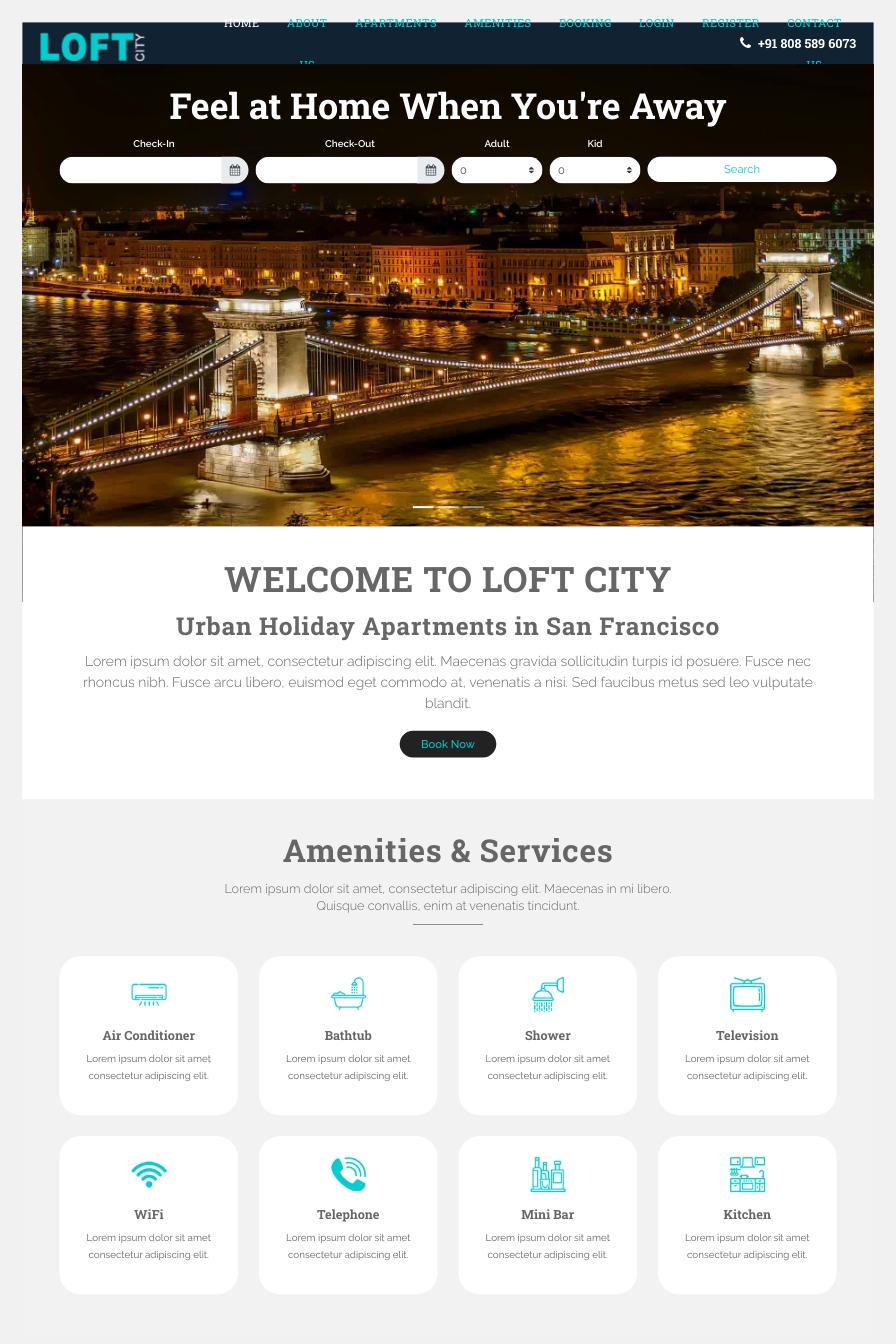
Repository: harshrathore123/ReactPractice
Page: / (app in RevFullStack/frontend/)
The author's editor kept a copy of each file at every save. The page is drawn from the files as they stood at one save, then again after the next save.
The browser window is 1280 px wide. The pictures show the part of the page from y = 0 to 1920 px (the page is 6083 px tall), at 70% of full size.
The project was rebuilt for these pictures with package versions that can differ from the ones it lists, and the page was loaded fresh each time. Also part of the build but not shown: RevFullStack/frontend/vite.config.js, RevFullStack/frontend/src/component/SearchBar.jsx, RevFullStack/frontend/src/page/Aboutus.jsx, RevFullStack/frontend/src/page/Apartment.jsx, RevFullStack/frontend/src/page/Aminities.jsx, RevFullStack/frontend/src/page/Bookings.jsx, RevFullStack/frontend/src/page/Contact.jsx, RevFullStack/frontend/src/page/Login.jsx and 1 more.

Above is the page before, as saved 2025-10-18 22:42:59.

### RevFullStack/frontend/index.html
<!doctype html>
<html lang="en">
  <head>
    <meta charset="UTF-8" />
    <link rel="icon" type="image/svg+xml" href="/vite.svg" />
    <meta name="viewport" content="width=device-width, initial-scale=1.0" />
    <title>frontend</title>
            <!-- Favicons -->
        <link href="img/favicon.ico" rel="icon">
        <link href="img/apple-favicon.png" rel="apple-touch-icon">
<link href="https://fonts.googleapis.com/css2?family=Roboto:wght@400;700&display=swap" rel="stylesheet">
    <link rel="stylesheet" href="https://cdnjs.cloudflare.com/ajax/libs/font-awesome/6.0.0-beta3/css/all.min.css">
        <!-- Google Fonts -->
        <link href="https://fonts.googleapis.com/css?family=Roboto+Slab:400,700|Raleway:100,200,300,400,500,600,700,800,900" rel="stylesheet">

        <!-- Vendor CSS File -->
        <link href="vendor/bootstrap/css/bootstrap.min.css" rel="stylesheet">
        <link href="vendor/font-awesome/css/font-awesome.min.css" rel="stylesheet">
        <link href="vendor/slick/slick.css" rel="stylesheet">
        <link href="vendor/slick/slick-theme.css" rel="stylesheet">
        <link href="vendor/tempusdominus/css/tempusdominus-bootstrap-4.min.css" rel="stylesheet" />
  </head>
  <body>
    <div id="root"></div>
    <script type="module" src="/src/main.jsx"></script>
  </body>
</html>

### RevFullStack/frontend/src/main.jsx
import { StrictMode } from 'react'
import { createRoot } from 'react-dom/client'
import './index.css'
import {BrowserRouter} from 'react-router-dom';
import App from './App.jsx'

createRoot(document.getElementById('root')).render(
  <BrowserRouter>
    <App />
  </BrowserRouter>,
)

### RevFullStack/frontend/src/App.jsx
import './App.css'
import Home from './component/Home'
import Footer from './component/Footer'
import {Routes,Route} from 'react-router-dom';
import {ToastContainer} from 'react-toastify';
import Navbar from './component/Navbar';
import Aboutus from './page/Aboutus';
import Apartment from './page/Apartment';
import Aminities from './page/Aminities';
import Booking from './page/Bookings';
import Contact from './page/Contact';
import Login from './page/Login';
import Signup from './page/Signup';
function App(){
  return(
    <>
    <ToastContainer position="top-right" reverseOrder={false}/>
    <Navbar/>
    <Routes>
      <Route path='/' element={<Home/>}/>
      <Route path='/aboutus' element={<Aboutus/>}/>
      <Route path='/apartments' element={<Apartment/>}/>
      <Route path='/amenities' element={<Aminities/>}/>
      <Route path='/booking' element={<Booking/>}/>
      <Route path='/contact' element={<Contact/>}/>
      <Route path='/login' element={<Login/>}/>
      <Route path='/register' element={<Signup/>}/>
    </Routes>
    <Footer/>

    </>
  )
}

export default App

### RevFullStack/frontend/src/component/Home.jsx
import Animities from "./Aminities";
import Booking from "./Booking";
import CallUs from "./CallUs";
import Footer from "./Footer";
import Header from "./Header";
import Navbar from "./Navbar";
import Room from "./Room";
import Subscribe from "./Subscribe";
import Welcome from "./Welcome";
export default function Home(){
    return(
        <>
        <Header/>
        <Welcome/>
        <Animities/>
        <Room/>
        <Subscribe/>
        <Booking/>
        <CallUs/>
        </>
    )
}

### RevFullStack/frontend/src/component/Footer.jsx
import '../../public/css/style.css';
import '../../public/css/hover-style.css';
export default function Footer(){
    return(
        <>
                {/* <!-- Footer Section Start --> */}
        <div id="footer">
            <div className="container">
                <div className="row">
                    <div className="col-12">
                        <div className="social">
                            <a href=""><li className="fa fa-instagram"></li></a>
                            <a href=""><li className="fa fa-twitter"></li></a>
                            <a href=""><li className="fa fa-facebook-f"></li></a>
                        </div>
                    </div>
                    <div className="col-12">
                        <ul>
                            <li><a href="">Home</a></li>
                            <li><a href="">About</a></li>
                            <li><a href="">Terms</a></li>
                            <li><a href="">Contact</a></li>
                        </ul>
                    </div>
                    <div className="col-12">
                        <p>Copyright &#169; <a href="https://htmlcodex.com">HTML Codex</a> All Rights Reserved.</p>
						<p>Template By <a href="https://htmlcodex.com">HTML Codex</a></p>
                    </div>
                </div>
            </div>
        </div>
        {/* <!-- Footer Section End --> */}

        </>
    )
}

### RevFullStack/frontend/src/component/Navbar.jsx
import '../../public/css/style.css';
import '../../public/css/hover-style.css';
import { Link, Navigate } from 'react-router-dom';
import { NavLink } from 'react-router-dom';
import { useState } from 'react';
import './Navbar.css';
export default function Navbar() {
const [showMenu, setShowMenu] = useState(false);
    const activeStyle = {
        color:"white"
    }

      // Toggle menu (click or keyboard Enter/Space)
  const toggleMenu = (e) => {
    if (e.type === "keydown" && !(e.key === "Enter" || e.key === " ")) return;
    setShowMenu((s) => !s);
  };

  // Close mobile menu when a nav link is clicked (useful on mobile)
  const handleLinkClick = () => setShowMenu(false);
    return (
        <>
            {/* <!-- Header Section Start --> */}
            <header id="header">
                <NavLink to="/" className="logo">
                    <img src="img/logo.png" alt="logo" />
                </NavLink>

                <div className="phone">
                    <i className="fa fa-phone"></i>+91 808 589 6073
                </div>

                {/* Mobile menu button */}
      <button
        className="mobile-menu-btn"
        onClick={toggleMenu}
        onKeyDown={toggleMenu}
        aria-expanded={showMenu}
        aria-label={showMenu ? "Close menu" : "Open menu"}
      >
        {/* Font Awesome bars */}
        <i className="fa fa-bars" />
      </button>

                 <nav className={`main-menu top-menu ${showMenu ? "open" : ""}`}>
                    <ul>
                        <li><NavLink to="/" onClick={handleLinkClick} style={({isActive})=>(isActive?activeStyle:undefined)}>Home</NavLink></li>
          <li><NavLink to="/aboutus" onClick={handleLinkClick} style={({isActive})=>(isActive?activeStyle:undefined)}>About Us</NavLink></li>
          <li><NavLink to="/apartments" onClick={handleLinkClick} style={({isActive})=>(isActive?activeStyle:undefined)}>Apartments</NavLink></li>
          <li><NavLink to="/amenities" onClick={handleLinkClick} style={({isActive})=>(isActive?activeStyle:undefined)}>Amenities</NavLink></li>
          <li><NavLink to="/booking" onClick={handleLinkClick} style={({isActive})=>(isActive?activeStyle:undefined)}>Booking</NavLink></li>
          <li><NavLink to="/login" onClick={handleLinkClick} style={({isActive})=>(isActive?activeStyle:undefined)}>Login</NavLink></li>
          <li><NavLink to="/register" onClick={handleLinkClick} style={({isActive})=>(isActive?activeStyle:undefined)}>Register</NavLink></li>
          <li><NavLink to="/contact" onClick={handleLinkClick} style={({isActive})=>(isActive?activeStyle:undefined)}>Contact Us</NavLink></li>
                    </ul>
                </nav>
            </header>
        </>
    );
}

### RevFullStack/frontend/src/component/CallUs.jsx
import '../../public/css/style.css';
import '../../public/css/hover-style.css';
export default function CallUs(){
    return(
        <>
                {/* <!-- Call Section Start --> */}
        <div id="call-us">
            <div className="container">
                <div className="section-header">
                    <h2>Click Below to Call Us</h2>
                    <p>
                        Lorem ipsum dolor sit amet, consectetur adipiscing elit. Maecenas in mi libero. Quisque convallis, enim at venenatis tincidunt.
                    </p>
                </div>
                <div className="row">
                    <div className="col-12">
                        <a href="tel:+12345678900">+1 234 567 8900</a>
                    </div>
                </div>
            </div>
        </div>
        {/* <!-- Call Section End --> */}

        </>
    )
}

### RevFullStack/frontend/src/component/Subscribe.jsx
export default function Subscribe(){
    return(
        <>
                {/* <!-- Subscribe Section Start --> */}
        <div id="subscribe">
            <div className="container">
                <div className="section-header">
                    <h2>Subscribe for Special Offer</h2>
                    <p>
                        Lorem ipsum dolor sit amet, consectetur adipiscing elit. Maecenas in mi libero. Quisque convallis, enim at venenatis tincidunt.
                    </p>
                </div>
                <div className="row">
                    <div className="col-12">
                        <div className="subscribe-form">
                            <form>
                                <input type="email" required="required" placeholder="Enter your email here" />
                                <button>submit</button>
                            </form>
                        </div>
                    </div>
                </div>
            </div>
        </div>
        {/* <!-- Subscribe Section End --> */}

        </>
    )
}

### RevFullStack/frontend/src/component/Welcome.jsx
import '../../public/css/style.css';
import '../../public/css/hover-style.css';
export default function Welcome(){
    return(
        <>
                {/* <!-- Welcome Section Start --> */}
        <div id="welcome">
            <div className="container">
                <h3>Welcome to Loft City</h3>
                <h4>Urban Holiday Apartments in San Francisco</h4>
                <p>Lorem ipsum dolor sit amet, consectetur adipiscing elit. Maecenas gravida sollicitudin turpis id posuere. Fusce nec rhoncus nibh. Fusce arcu libero, euismod eget commodo at, venenatis a nisi. Sed faucibus metus sed leo vulputate blandit.</p>
                <a href="#">Book Now</a>
            </div>
        </div>
        {/* <!-- Welcome Section End --> */}

        </>
    )
}

### RevFullStack/frontend/src/component/Navbar.css
/* Desktop layout (default) */
header#header {
  display: flex;
  align-items: center;
  justify-content: space-between;
  gap: 1rem;
  padding: 12px 18px;
  background: #123; /* example */
  color: #fff;
}

/* hide mobile menu button on desktop */
.mobile-menu-btn {
  display: none;
  background: transparent;
  border: none;
  font-size: 1.4rem;
  color: inherit;
  cursor: pointer;
  align-content: center;
  margin-left: 300px;
}

/* main-menu on desktop */
nav.main-menu ul {
  display: flex;
  gap: 1.2rem;
  list-style: none;
  margin: 130px;
  padding: 0;
}

/* small screens: collapse nav and show hamburger */
@media (max-width: 768px) {
  /* show mobile button */
  .mobile-menu-btn {
    display: inline-flex;
    align-items: center;
    justify-content: center;
  }

  /* hide desktop nav by default */
  nav.main-menu {
    position: absolute;
    top: 64px; /* adjust depending on header height */
    right: 12px;
    left: 12px;
    background: #123; /* same as header */
    border-radius: 8px;
    box-shadow: 0 8px 20px rgba(0,0,0,0.2);
    overflow: hidden;
    max-height: 0;
    transition: max-height 260ms ease, opacity 200ms ease, transform 200ms ease;
    opacity: 0;
    transform: translateY(-10px);
  }

  /* menu open state */
  nav.main-menu.open {
    max-height: 400px; /* enough for menu items */
    opacity: 1;
    transform: translateY(0);
  }

  /* stack items vertically on mobile */
  nav.main-menu ul {
    display: flex;
    flex-direction: column;
    gap: 0;
  }

  nav.main-menu li {
    border-bottom: 1px solid rgba(255,255,255,0.06);
  }

  nav.main-menu li a {
    display: block;
    padding: 12px 16px;
    color: #ddd;
    text-decoration: none;
  }

  /* active style example */
  nav.main-menu li a[style] {
    /* inline style from activeStyle will apply, but you may add CSS class for active instead */
  }
}

### RevFullStack/frontend/src/page/Login.css

/* CONTAINER & CARD */
.login-container {
    width: 100%;
    margin-top: 20px;
    margin-bottom: 20px;
    display: flex;
    justify-content: center;
    align-items: center;
}

.login-card {
    background: #ffffff;
    padding: 40px;
    border-radius: 12px;
    box-shadow: 0 10px 30px rgba(0, 0, 0, 0.1);
    width: 100%;
    max-width: 400px; /* Max width for a clean form */
    text-align: center;
}

/* HEADER ELEMENTS */
.login-icon {
    font-size: 36px;
    color: #007bff; /* Primary blue color */
    margin-bottom: 15px;
}

.login-card h2 {
    margin-top: 0;
    margin-bottom: 5px;
    font-size: 28px;
    font-weight: 700;
}

.login-card p {
    color: #6c757d;
    margin-bottom: 30px;
    font-size: 15px;
}

/* FORM ELEMENTS */
.input-group {
    margin-bottom: 20px;
    text-align: left;
}

.input-group label {
    display: block;
    margin-bottom: 8px;
    font-weight: 700;
    font-size: 14px;
    color: #343a40;
}

.input-group input {
    width: 100%;
    padding: 12px 15px;
    border: 1px solid #ced4da;
    border-radius: 8px;
    box-sizing: border-box; /* Include padding and border in the element's total width and height */
    transition: border-color 0.3s, box-shadow 0.3s;
}

.input-group input:focus {
    border-color: #007bff;
    box-shadow: 0 0 0 3px rgba(0, 123, 255, 0.25);
    outline: none;
}

/* ACTIONS & BUTTON */
.actions {
    text-align: right;
    margin-bottom: 25px;
}

.forgot-password {
    color: #007bff;
    text-decoration: none;
    font-size: 14px;
    transition: color 0.3s;
}

.forgot-password:hover {
    color: #0056b3;
}

.login-button {
    width: 100%;
    padding: 14px;
    background-color: #007bff;
    color: white;
    border: none;
    border-radius: 8px;
    font-size: 16px;
    font-weight: 700;
    cursor: pointer;
    transition: background-color 0.3s, transform 0.1s;
}

.login-button:hover {
    background-color: #0056b3;
}

.login-button:active {
    transform: scale(0.99);
}

/* FOOTER LINK */
.signup-link {
    margin-top: 30px;
    font-size: 14px;
    color: #6c757d;
}

.signup-link a {
    color: #007bff;
    text-decoration: none;
    font-weight: 700;
}

.signup-link a:hover {
    text-decoration: underline;
}

/* RESPONSIVENESS (for smaller screens) */
@media (max-width: 500px) {
    .login-card {
        margin: 20px;
        padding: 30px 25px;
        box-shadow: 0 5px 15px rgba(0, 0, 0, 0.08);
    }
}

### RevFullStack/frontend/src/page/Signup.css
/* CONTAINER & CARD */
.login-container {
    width: 100%;
    display: flex;
    justify-content: center;
    align-items: center;
}

.login-card {
    background: #ffffff;
    padding: 40px;
    border-radius: 12px;
    box-shadow: 0 10px 30px rgba(0, 0, 0, 0.1);
    width: 100%;
    max-width: 500px; /* Slightly wider card to accommodate side-by-side fields */
    text-align: center;
}

/* HEADER ELEMENTS (Same as before) */
.login-icon {
    font-size: 36px;
    color: #007bff;
    margin-bottom: 15px;
}

.login-card h2 {
    margin-top: 0;
    margin-bottom: 5px;
    font-size: 28px;
    font-weight: 700;
}

.login-card p {
    color: #6c757d;
    margin-bottom: 30px;
    font-size: 15px;
}

/* FORM LAYOUT FOR SIDE-BY-SIDE FIELDS */
.name-group,
.details-group {
    display: flex;
    gap: 20px; /* Spacing between the side-by-side inputs */
    margin-bottom: 20px;
}

.name-group .input-group,
.details-group .input-group {
    flex: 1; /* Makes each input group take up equal space */
    margin-bottom: 0; /* Remove bottom margin here since it's on the container */
}

/* Specific styling for the Age field to make it smaller */
.details-group .input-age {
    flex: 0.4; /* Age field takes less space */
    min-width: 80px;
}
.details-group .input-group:first-child {
    flex: 1; /* City field takes more space */
}

/* FORM ELEMENTS (Standard Inputs) */
.input-group {
    margin-bottom: 20px;
    text-align: left;
}

.input-group label {
    display: block;
    margin-bottom: 8px;
    font-weight: 700;
    font-size: 14px;
    color: #343a40;
}

.input-group input {
    width: 100%;
    padding: 12px 15px;
    border: 1px solid #ced4da;
    border-radius: 8px;
    box-sizing: border-box;
    transition: border-color 0.3s, box-shadow 0.3s;
}

.input-group input:focus {
    border-color: #007bff;
    box-shadow: 0 0 0 3px rgba(0, 123, 255, 0.25);
    outline: none;
}

/* BUTTON STYLES (Same as before) */
.login-button {
    width: 100%;
    padding: 14px;
    background-color: #007bff;
    color: white;
    border: none;
    border-radius: 8px;
    font-size: 16px;
    font-weight: 700;
    cursor: pointer;
    transition: background-color 0.3s, transform 0.1s;
}

.login-button:hover {
    background-color: #0056b3;
}

/* FOOTER LINK (Same as before) */
.signup-link {
    margin-top: 30px;
    font-size: 14px;
    color: #6c757d;
}

.signup-link a {
    color: #007bff;
    text-decoration: none;
    font-weight: 700;
}

/* RESPONSIVENESS (for smaller screens) */
@media (max-width: 550px) {
    .login-card {
        max-width: 90%;
        margin: 20px auto;
        padding: 30px 25px;
    }
    /* Stack inputs on small screens for better usability */
    .name-group,
    .details-group {
        flex-direction: column;
        gap: 0;
    }
    .name-group .input-group,
    .details-group .input-group {
        flex: auto; /* Allow fields to take full width */
    }
}

Loaded but not shown: RevFullStack/frontend/src/index.css (common file); RevFullStack/frontend/src/App.css (common file); RevFullStack/frontend/public/vendor/bootstrap/css/bootstrap.min.css (library); RevFullStack/frontend/public/vendor/font-awesome/css/font-awesome.min.css (library); RevFullStack/frontend/public/vendor/slick/slick.css (common file); RevFullStack/frontend/public/vendor/slick/slick-theme.css (library); RevFullStack/frontend/public/vendor/tempusdominus/css/tempusdominus-bootstrap-4.min.css (library); RevFullStack/frontend/public/css/hover-style.css (460 lines, source omitted); RevFullStack/frontend/public/css/style.css (1404 lines, source omitted); RevFullStack/frontend/src/component/Room.jsx (256 lines, source omitted); RevFullStack/frontend/src/component/Booking.jsx (187 lines, source omitted); RevFullStack/frontend/src/component/Header.jsx (115 lines, source omitted); RevFullStack/frontend/src/component/Aminities.jsx (77 lines, source omitted)

After the next save:
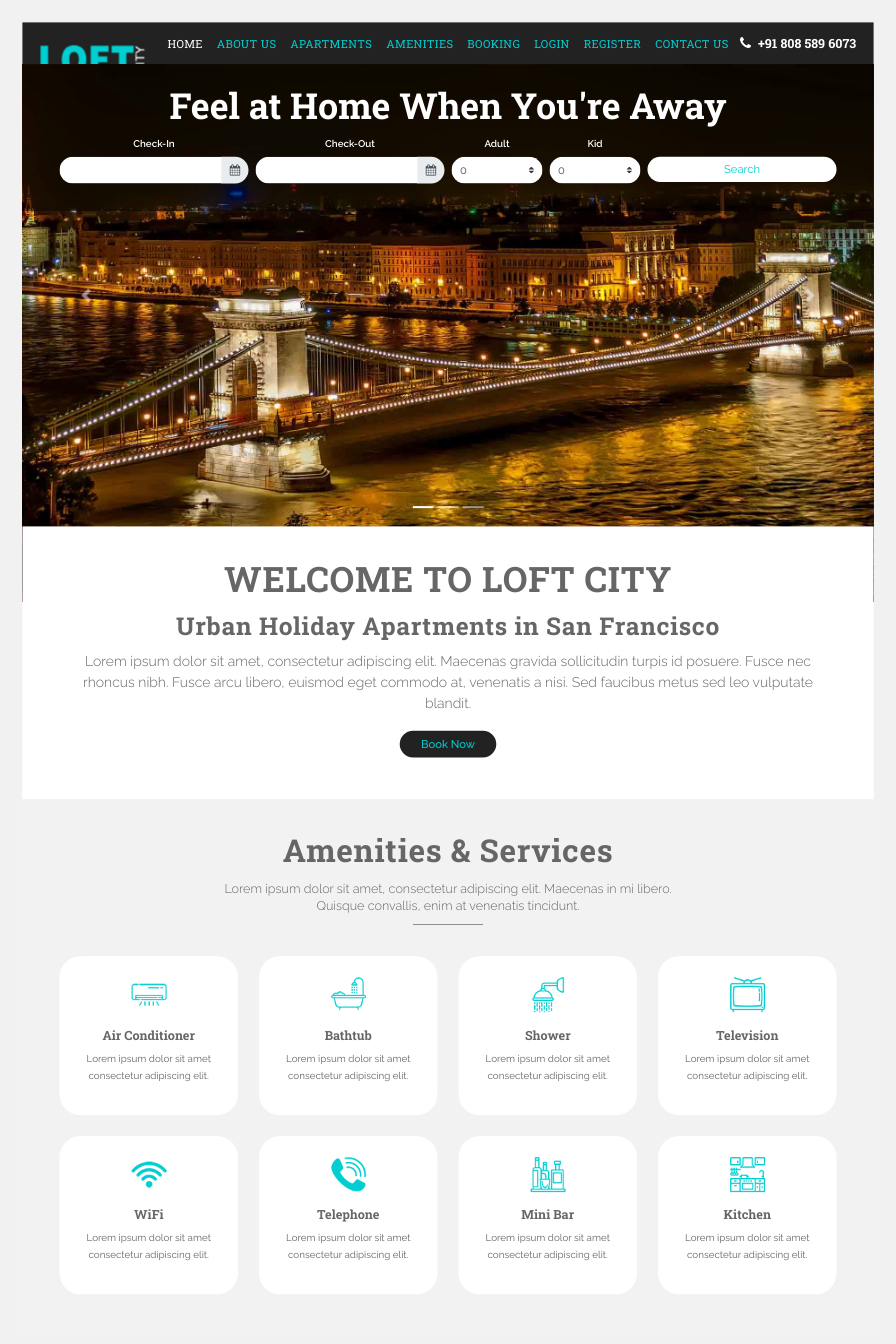
Saved 50 s later.
--- a/RevFullStack/frontend/src/component/Navbar.jsx
+++ b/RevFullStack/frontend/src/component/Navbar.jsx
@@ -1,60 +1,49 @@
+import { useState } from 'react';
 import '../../public/css/style.css';
 import '../../public/css/hover-style.css';
-import { Link, Navigate } from 'react-router-dom';
 import { NavLink } from 'react-router-dom';
-import { useState } from 'react';
-import './Navbar.css';
+
 export default function Navbar() {
-const [showMenu, setShowMenu] = useState(false);
-    const activeStyle = {
-        color:"white"
-    }
+  const [menuOpen, setMenuOpen] = useState(false);
 
-      // Toggle menu (click or keyboard Enter/Space)
-  const toggleMenu = (e) => {
-    if (e.type === "keydown" && !(e.key === "Enter" || e.key === " ")) return;
-    setShowMenu((s) => !s);
+  const activeStyle = {
+    color: "white",
   };
 
-  // Close mobile menu when a nav link is clicked (useful on mobile)
-  const handleLinkClick = () => setShowMenu(false);
-    return (
-        <>
-            {/* <!-- Header Section Start --> */}
-            <header id="header">
-                <NavLink to="/" className="logo">
-                    <img src="img/logo.png" alt="logo" />
-                </NavLink>
+  const toggleMenu = () => {
+    setMenuOpen(!menuOpen);
+  };
 
-                <div className="phone">
-                    <i className="fa fa-phone"></i>+91 808 589 6073
-                </div>
+  return (
+    <>
+      <header id="header">
+        <NavLink to="/" className="logo">
+          <img src="img/logo.png" alt="logo" />
+        </NavLink>
 
-                {/* Mobile menu button */}
-      <button
-        className="mobile-menu-btn"
-        onClick={toggleMenu}
-        onKeyDown={toggleMenu}
-        aria-expanded={showMenu}
-        aria-label={showMenu ? "Close menu" : "Open menu"}
-      >
-        {/* Font Awesome bars */}
-        <i className="fa fa-bars" />
-      </button>
+        <div className="phone">
+          <i className="fa fa-phone"></i>+91 808 589 6073
+        </div>
 
-                 <nav className={`main-menu top-menu ${showMenu ? "open" : ""}`}>
-                    <ul>
-                        <li><NavLink to="/" onClick={handleLinkClick} style={({isActive})=>(isActive?activeStyle:undefined)}>Home</NavLink></li>
-          <li><NavLink to="/aboutus" onClick={handleLinkClick} style={({isActive})=>(isActive?activeStyle:undefined)}>About Us</NavLink></li>
-          <li><NavLink to="/apartments" onClick={handleLinkClick} style={({isActive})=>(isActive?activeStyle:undefined)}>Apartments</NavLink></li>
-          <li><NavLink to="/amenities" onClick={handleLinkClick} style={({isActive})=>(isActive?activeStyle:undefined)}>Amenities</NavLink></li>
-          <li><NavLink to="/booking" onClick={handleLinkClick} style={({isActive})=>(isActive?activeStyle:undefined)}>Booking</NavLink></li>
-          <li><NavLink to="/login" onClick={handleLinkClick} style={({isActive})=>(isActive?activeStyle:undefined)}>Login</NavLink></li>
-          <li><NavLink to="/register" onClick={handleLinkClick} style={({isActive})=>(isActive?activeStyle:undefined)}>Register</NavLink></li>
-          <li><NavLink to="/contact" onClick={handleLinkClick} style={({isActive})=>(isActive?activeStyle:undefined)}>Contact Us</NavLink></li>
-                    </ul>
-                </nav>
-            </header>
-        </>
-    );
+        {/* Toggle Button for Mobile */}
+        <div className="mobile-menu-btn" onClick={toggleMenu}>
+          <i className="fa fa-bars"></i>
+        </div>
+
+        {/* Main Menu */}
+        <nav className={`main-menu top-menu ${menuOpen ? "open" : ""}`}>
+          <ul>
+            <li><NavLink to="/" style={({ isActive }) => (isActive ? activeStyle : undefined)}>Home</NavLink></li>
+            <li><NavLink to="/aboutus" style={({ isActive }) => (isActive ? activeStyle : undefined)}>About Us</NavLink></li>
+            <li><NavLink to="/apartments" style={({ isActive }) => (isActive ? activeStyle : undefined)}>Apartments</NavLink></li>
+            <li><NavLink to="/amenities" style={({ isActive }) => (isActive ? activeStyle : undefined)}>Amenities</NavLink></li>
+            <li><NavLink to="/booking" style={({ isActive }) => (isActive ? activeStyle : undefined)}>Booking</NavLink></li>
+            <li><NavLink to="/login" style={({ isActive }) => (isActive ? activeStyle : undefined)}>Login</NavLink></li>
+            <li><NavLink to="/register" style={({ isActive }) => (isActive ? activeStyle : undefined)}>Register</NavLink></li>
+            <li><NavLink to="/contact" style={({ isActive }) => (isActive ? activeStyle : undefined)}>Contact Us</NavLink></li>
+          </ul>
+        </nav>
+      </header>
+    </>
+  );
 }
